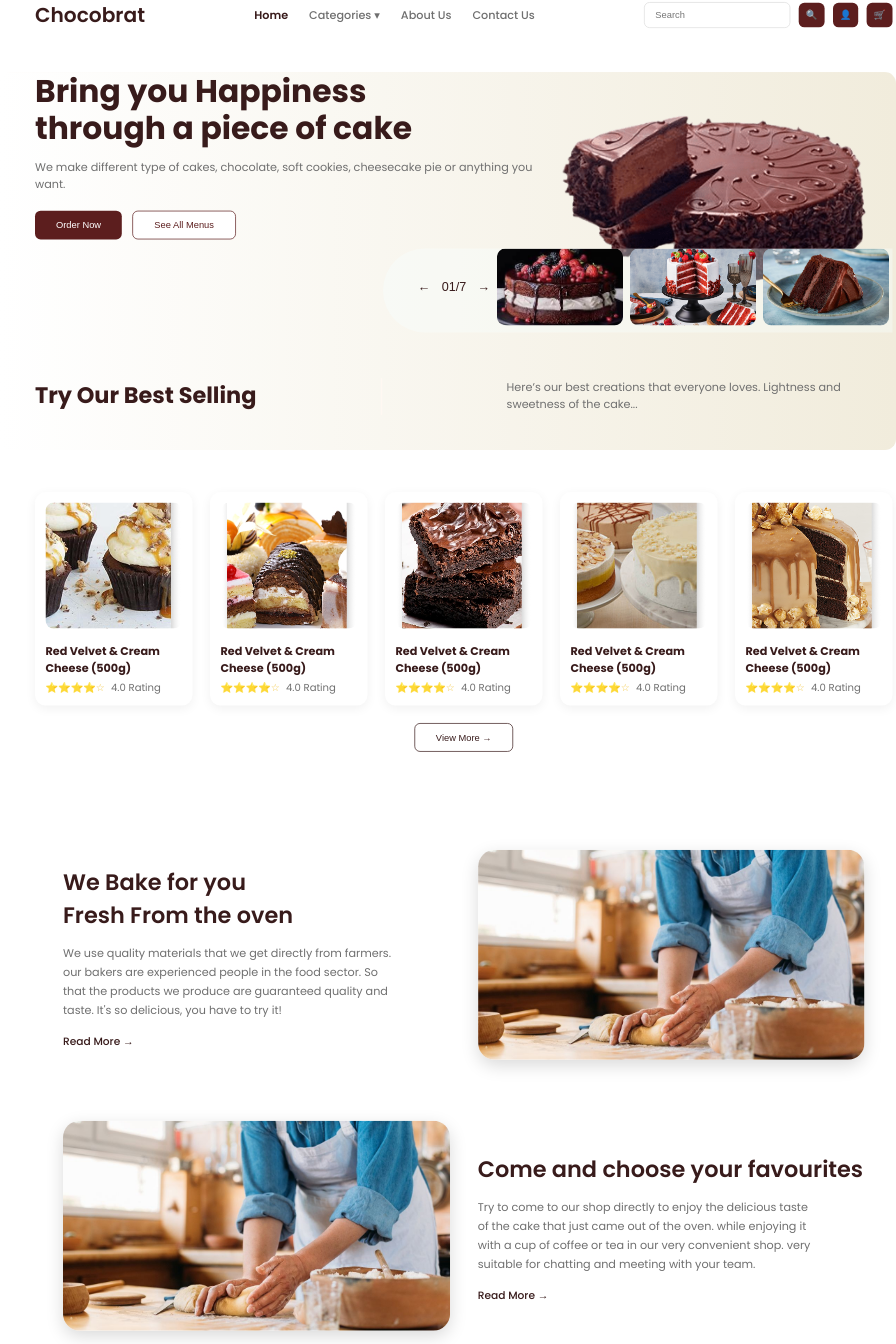
Repository: josegabrielzevallos/chocobrat-bakery-website
Page: index.html
These files come from the project's save history. The page is drawn as it stood at one moment and after the next save; the edit follows.
The browser window is 1280 px wide. The pictures show the part of the page from y = 0 to 1920 px (the page is 3237 px tall before and 3087 px after), at 70% of full size.

Above is the page before, as saved 2025-11-20 18:10:10.

### index.html
<!DOCTYPE html>
<html lang="en">
<head>
    <meta charset="UTF-8" />
    <meta name="viewport" content="width=device-width, initial-scale=1.0" />
    <title>Chocobrat Bakery</title>

    <link href="https://fonts.googleapis.com/css2?family=Poppins:wght@300;400;500;600;700&family=Playfair+Display:wght@400;600;700;800;900&display=swap" rel="stylesheet">

    <link rel="stylesheet" href="styles.css" />
</head>
<body>

    <!-- NAVBAR -->
    <header>
        <nav class="navbar container">
            <h1 class="logo">Chocobrat</h1>

            <ul class="nav-links">
                <li><a class="active" href="#">Home</a></li>
                <li class="dropdown">
                    <a href="#">Categories ▾</a>
                </li>
                <li><a href="#">About Us</a></li>
                <li><a href="#">Contact Us</a></li>
            </ul>

            <div class="nav-actions">
                <input type="text" placeholder="Search" class="search-box" />
                <button class="icon-btn">🔍</button>
                 <button class="icon-btn">👤</button>
                <button class="icon-btn">🛒</button>

            </div>
        </nav>
    </header>

    <!-- HERO SECTION -->
    <section class="hero container">
        <div>
        <div class="hero-text">
            <div class="hero-img">
                <img src="./assets/images/b1-cake.png" alt="Cake">
            </div>
            <div class="carousel container">
                <div class="slider-controls">
                    <span class="arrow" id="prev">&larr;</span>
                    <span class="slide-text">01/7</span>
                    <span class="arrow" id="next">&rarr;</span>
                </div>
                <img src="assets/images/b2-cake.jpeg" class="thumb" />
                <img src="assets/images/b3-cake-red.png" class="thumb" />
                <img src="assets/images/b4-cake.jpg" class="thumb" />

            </div>
                <h2>Bring you Happiness <br> through a piece of cake</h2>
                <p>We make different type of cakes, chocolate, soft cookies, cheesecake pie or anything you want.</p>

                <div class="hero-buttons">
                    <button class="btn primary">Order Now</button>
                    <button class="btn secondary">See All Menus</button>
                </div>
            </div>


        </div>
        <div class="hero-ba" >
            <!-- CAROUSEL STATIC -->


            <div class="title-row">
                <h2>Try Our Best Selling</h2>
                <div class="divider"></div>
                <p>Here’s our best creations that everyone loves. Lightness and sweetness of the cake...</p>
            </div>
        </div>
    </section>



    <!-- BEST SELLING SECTION -->
    <section class="best-selling container">


        <div class="product-grid">

            <!-- CARD 1 -->
            <article class="card">
                <img src="assets/images/b5-cakes.png" alt="">
                <h3>Red Velvet & Cream Cheese (500g)</h3>
                <div class="rating">
                    ⭐⭐⭐⭐☆ <span>4.0 Rating</span>
                </div>
            </article>

            <!-- CARD 2 -->
            <article class="card">
                <img src="assets/images/b6-cakes.png" alt="">
                <h3>Red Velvet & Cream Cheese (500g)</h3>
                <div class="rating">
                    ⭐⭐⭐⭐☆ <span>4.0 Rating</span>
                </div>
            </article>

            <!-- CARD 3 -->
            <article class="card">
                <img src="assets/images/b7-cakes.png" alt="">
                <h3>Red Velvet & Cream Cheese (500g)</h3>
                <div class="rating">
                    ⭐⭐⭐⭐☆ <span>4.0 Rating</span>
                </div>
            </article>

            <!-- CARD 4 -->
            <article class="card">
                <img src="assets/images/b8-cakes.png" alt="">
                <h3>Red Velvet & Cream Cheese (500g)</h3>
                <div class="rating">
                    ⭐⭐⭐⭐☆ <span>4.0 Rating</span>
                </div>
            </article>
              <!-- CARD 5 -->
            <article class="card">
                <img src="assets/images/b9-cakes.png" alt="">
                <h3>Red Velvet & Cream Cheese (500g)</h3>
                <div class="rating">
                    ⭐⭐⭐⭐☆ <span>4.0 Rating</span>
                </div>
            </article>
        </div>

        <center>
            <button class="btn view-more">View More →</button>
        </center>
    </section>

        <!-- STORY / ABOUT BAKERY SECTION -->
    <section class="story container">
        <article class="story-card">

            <div class="story-text">
                <h2>We Bake for you<br>Fresh From the oven</h2>
                <p>
                    We use quality materials that we get directly from farmers.
                    <br>our bakers are experienced people in the food sector. So
                    <br>that the products we produce are guaranteed quality and
                    <br>taste. It's so delicious, you have to try it!
                </p>
                <a href="#" class="story-link">Read More →</a>
            </div>
            <div class="story-img">
                <img src="./assets/images/b9-women.jpeg" alt="Baker preparing pastry">
            </div>

        </article>


        <article class="story-card">

            <div class="story-img">
                <img src="./assets/images/b9-women.jpeg" alt="Baker rolling dough">
            </div>

            <div class="story-text">
                <h2>Come and choose your favourites</h2>
                <p>
                    Try to come to our shop directly to enjoy the delicious taste
                    <br>of the cake that just came out of the oven. while enjoying it
                    <br>with a cup of coffee or tea in our very convenient shop. very
                    <br>suitable for chatting and meeting with your team.
                </p>
                <a href="#" class="story-link">Read More →</a>
            </div>

        </article>

    </section>

    <!-- CAKE ORDER BANNER -->
    <section class="order-banner">
        <div class="order-banner-inner">
            <h2>For Cake Orders above 1 KG</h2>
            <p>
                Please visit our nearest store or call us on +91 00 00 00 00 00 (10 AM to 7 PM)
            <br>
                to place your orders.
            </p>
            <button class="btn primary order-btn">Contact Us Now</button>
        </div>
    </section>

    <!-- QUOTES SECTION -->
    <section class="quotes-section">
        <div class="container quotes-inner">
            <span class="quotes-label">QUOTES</span>

            <p class="quote-text">
                the eggless cakes here are really good. Had ordered a kit kat cake which was
                really good. Surely worth a try.
            </p>

            <div class="quote-author">
                <div class="quote-avatar">
                    <img src="./assets/images/b10-man.jpeg" alt="Darren Dunlap">
                </div>
                <h3>Darren Dunlap</h3>
                <p class="quote-role">CEO &amp; Founder at Flex.co</p>

                <div class="quote-dots">
                    <span class="quote-dot"></span>
                    <span class="quote-dot active"></span>
                    <span class="quote-dot"></span>
                </div>
            </div>
        </div>
    </section>

    <!-- FOOTER -->
    <footer class="site-footer">
        <div class="footer-top container">
            <div class="footer-logo">Chocobrat</div>

            <ul class="footer-nav">
                <li><a href="#">Home</a></li>
                <li><a href="#">Categories</a></li>
                <li><a href="#">About Us</a></li>
                <li><a href="#">Contact Us</a></li>
                <li><a href="#">Careers</a></li>
                <li><a href="#">Help</a></li>
                <li><a href="#">Privacy</a></li>
            </ul>
        </div>

        <hr class="footer-divider">

        <div class="footer-bottom container">
            <p class="footer-copy">© 2021 Chocobrat. All rights reserved.</p>

            <div class="footer-social">
                <a href="#"><img src="./assets/icons/ic-facebook.png"  alt="Facebook"></a>
                <a href="#"><img src="./assets/icons/ic-twitter.png"   alt="Twitter"></a>
                <a href="#"><img src="./assets/icons/ic-instagram.png" alt="Instagram"></a>
                <a href="#"><img src="./assets/icons/ic-github.png"    alt="GitHub"></a>
                <a href="#"><img src="./assets/icons/ic-linkedin.png"  alt="LinkedIn"></a>
            </div>
        </div>
    </footer>
</body>
</html>

### styles.css
/* ===== RESET ===== */
* {
    margin: 0;
    padding: 0;
    box-sizing: border-box;
}

body {
    font-family: "Poppins", sans-serif;
    background-color: #ffffff;
    background-color: #FFF;
    color: #381B1B;
}

.container {
    max-width: 1478px;
    /* margin: auto; */

    padding-bottom:20px ;
    padding-left: 50px;
    padding-right: 5px;
}

/* ===== NAVBAR ===== */
header {
    background: #FFF;
    padding: 0px 0;
}

.navbar {
    display: flex;
    align-items: center;
    justify-content: space-between;
}

.logo {
    font-size: 1.8rem;
    font-weight: 600;
}

.nav-links {
    display: flex;
    list-style: none;
    gap: 30px;
}

.nav-links a {
    text-decoration: none;
    color: #6F6F6F;
    font-weight: 500;
}

.nav-links .active {
    color: #381B1B;
    font-weight: 600;
}

.nav-actions {
    display: flex;
    align-items: center;
    gap: 12px;
}

.search-box {
    padding: 10px 15px;
    border-radius: 8px;
    border: 1px solid #ddd;
}

.icon-btn {
    background: #5C1E1E;
    color: #fff;
    padding: 10px;
    border-radius: 8px;
    border: none;
}

/* ===== HERO ===== */
.hero {
    /* display: flex; */
    display: block;
    align-items: center;
    justify-content: space-between;
    background: linear-gradient(to right, white, #f1ecdc);

    margin-top: 40px;
    background-color: #FFF8F2;
    border-radius: 16px;
}

.hero-text {
    max-width: 100%;
}
.hero-back{
    /* float: right; */
    margin-top: 200px;
    margin-right: 50px;
}

.hero-text h2 {
    font-size: 2.8rem;
    line-height: 1.2;
    margin-bottom: 15px;
}

.hero-text p {
    font-size: 1rem;
    color: #6F6F6F;
    margin-bottom: 25px;
}

.hero-buttons {
    display: flex;
    gap: 15px;
}

.btn {
    padding: 12px 30px;
    font-weight: 500;
    border-radius: 8px;
    border: none;
    cursor: pointer;
}

.primary {
    background: #5C1E1E;
    color: white;
}

.secondary {
    background: white;
    border: 1px solid #5C1E1E;
    color: #5C1E1E;
}

.hero-img img {
    width: 480px;
    border-radius: 12px;
    float: right;
}

/* ===== CAROUSEL ===== */
.carousel {
    margin-top: -125px;
    display: flex;
    gap: 10px;
    clear: both;
    overflow-x: hidden;
    padding-bottom: 10px;
    float:right;
    background: #f6ffff59;
    border-top-left-radius: 64px;
    border-bottom-left-radius: 64px;

}

.slider-controls {
      display: flex;
      align-items: center;
      gap: 16px;           /* espacio entre flecha y texto */
      font-family: Arial, sans-serif;
      font-size: 18px;
    }

.divider {
  width: 1.5px;
  height: 53px; /* Ajusta el largo de la línea */
  background-color: #000000; /* Color suave como en tu imagen */
    background-color: #FFF8F2;
    border-radius: 16px;
}

.thumb {
    width: 180px;
    height: 110px;
    border-radius: 12px;
    object-fit: cover;
}

/* ===== BEST SELLING ===== */
.best-selling {
    margin-top: 60px;
}

.title-row {
    display: flex;
    justify-content: space-between;
    margin-bottom: 30px;
    clear: both;
    padding-top: 60px;
}

.title-row h2 {
    font-size: 2rem;
    color: #381B1B;
}

.title-row p {
    max-width: 45%;
    color: #6F6F6F;
}

/* ===== PRODUCT GRID ===== */
.product-grid {
    display: grid;
    grid-template-columns: repeat(5, 1fr);
    gap: 25px;
    margin-top: 30px;
}

.card {
    background: #fff;
    padding: 15px;
    border-radius: 15px;
    box-shadow: 0 4px 15px rgba(0,0,0,0.06);
}

.card img {
    width: 100%;
    height: 180px;
    border-radius: 12px;
    object-fit: cover;
}

.card h3 {
    margin: 12px 0 5px;
    font-size: 1rem;
}

.rating {
    color: #F2C94C;
    font-size: 0.9rem;
}

.rating span {
    color: #6F6F6F;
    margin-left: 5px;
}

.view-more {
    margin-top: 25px;
    background: white;
    border: 1px solid #381B1B;
    color: #381B1B;
}

/* ===== STORY / ABOUT BAKERY SECTION ===== */
.story {
    margin-top: 80px;
    display: flex;
    flex-direction: column;
    gap: 6  0px;
}

.story-card {
    display: flex;
    align-items: center;
    justify-content: space-between;   /* nuevo */
    gap: 40px;
    padding: 40px;
}

.story-card-reverse {
    flex-direction: row-reverse;
}

.story-text {
    flex: 1;        /* 50% del espacio */
}

.story-text h3 {
    font-size: 1rem;
    font-weight: 500;
    color: #A35A4A;
    margin-bottom: 4px;
}

.story-text h2 {
    font-size: 2rem;
    font-weight: 600;
    margin-bottom: 16px;
    color: #381B1B;
}

.story-text p {
    color: #6F6F6F;
    line-height: 1.7;
    margin-bottom: 18px;
}

.story-link {
    text-decoration: none;
    font-weight: 500;
    color: #381B1B;
    font-size: 0.95rem;
}

.story-img {
    flex: 1;        /* 50% del espacio */
}

.story-img img {
    width: 100%;
    height: 100%;
    max-height: 300px;     /* evita que se extienda demasiado */
    object-fit: cover;
    border-radius: 24px;
    box-shadow: 0 8px 25px rgba(0, 0, 0, 0.15);
}

/* ===== ORDER BANNER ===== */
.order-banner {
    background-color: #FBE8C4;   /* banda beige */
    padding: 60px 20px;
    margin-top: 60px;
}

.order-banner-inner {
    max-width: 800px;
    margin: 0 auto;
    text-align: center;
}

.order-banner h2 {
    font-size: 2rem;
    font-weight: 600;
    color: #5C1E1E;             /* marrón del botón/nav */
    margin-bottom: 16px;
}

.order-banner p {
    color: #0f0101;
    line-height: 1.6;
    margin-bottom: 24px;
}

.order-btn {
    /* ya hereda .btn y .primary, solo ajustamos un poco el tamaño */
    padding: 10px 28px;
    border-radius: 8px;
}

/* ===== QUOTES / TESTIMONIAL SECTION ===== */
.quotes-section {
    position: relative;
    padding: 80px 20px 100px;
    background-color: #FFFFFF;

    /* cuadrícula punteada */
    background-image:
        repeating-linear-gradient(
            to right,
            rgba(0,0,0,0.08) 0px,
            rgba(0,0,0,0.08) 1px,
            transparent 1px,
            transparent 70px
        ),
        repeating-linear-gradient(
            to bottom,
            rgba(0,0,0,0.08) 0px,
            rgba(0,0,0,0.08) 1px,
            transparent 1px,
            transparent 70px
        );

    background-size: 19.5px 19.5px;
}

.quotes-inner {
    text-align: center;
}

.quotes-label {
    display: inline-block;
    padding: 6px 14px;
    font-size: 0.75rem;
    letter-spacing: 0.08em;
    text-transform: uppercase;
    border-radius: 999px;
    background-color: #FBE8C4;
    color: #5C1E1E;
    font-weight: 500;
}

/* COMILLAS GRANDES DE FONDO */
.quote-text {
    position: relative;
    max-width: 780px;
    margin: 30px auto 40px;
    font-size: 1.8rem;
    line-height: 1.5;
    font-weight: 600;
    color: #381B1B;
    z-index: 2;
}

.quote-text::before,
.quote-text::after {
    font-family: 'Playfair Display', serif;
    position: absolute;
    font-size: 150px;
    font-weight: 950;
    pointer-events: none;
    z-index: 0;

    /* degradado real */
    background: linear-gradient(
        to bottom,
        #e7cda4 0%,
        #eacfa3 45%,
        rgba(255,255,255,0.8) 80%,
        rgba(255,255,255,1) 100%
    );
    -webkit-background-clip: text;
    color: transparent;

    opacity: 0.9;  /* alta para que se note la panza blanca */
}


.quote-text::before {
    content: "“";
    left: -40px;
    top: -75px;
}

.quote-text::after {
    content: "”";
    right: -55px;
    bottom: -75px;
}


.quote-author {
    display: flex;
    flex-direction: column;
    align-items: center;
    gap: 6px;
}

.quote-avatar img {
    width: 80px;
    height: 80px;
    border-radius: 50%;
    object-fit: cover;
    /*box-shadow: 0 8px 25px rgba(0, 0, 0, 0.15);*/
}

.quote-author h3 {
    margin-top: 10px;
    font-size: 1rem;
    font-weight: 600;
    color: #381B1B;
}

.quote-role {
    font-size: 0.85rem;
    color: #6F6F6F;
}

/* tres puntitos inferiores */
.quote-dots {
    margin-top: 14px;
    display: flex;
    gap: 8px;
    justify-content: center;
}

.quote-dot {
    width: 8px;
    height: 8px;
    border-radius: 50%;
    background-color: #D8C1A0;
}

.quote-dot.active {
    width: 8px;
    height: 8px;
    background-color: #5C1E1E;
}

/* OVAL TRANSPARENTE EN EL CENTRO DE LA SECCION */
.quotes-section {
    position: relative;
    padding: 120px 0 140px;

    /* cuadrícula que ya tenés */
    background-color: #FFFFFF;
    background-image:
        repeating-linear-gradient(
            to right,
            rgba(0,0,0,0.08) 0px,
            rgba(0,0,0,0.08) 1px,
            transparent 1px,
            transparent 42px
        ),
        repeating-linear-gradient(
            to bottom,
            rgba(0,0,0,0.08) 0px,
            rgba(0,0,0,0.08) 1px,
            transparent 1px,
            transparent 42px
        );
    background-size: 42px 42px;
}

/* Circulo con interior transparente */
.quotes-section::before {
    content: "";
    position: absolute;
    inset: 0;

    background: white;

    /* zona central recortada (transparente) */
    mask-image: radial-gradient(
        ellipse 95% 85% at center,   /* ancho y alto equilibrados */
        transparent 62%,             /* zona visible moderada */
        black 63%
    );

    -webkit-mask-image: radial-gradient(
        ellipse 65% 65% at center,
        transparent 62%,
        black 63%
    );

    pointer-events: none;
    z-index: 2; /* Cubre todo excepto el centro */
}

/* El contenido debe quedar encima del recorte */
.quotes-inner {
    position: relative;
    z-index: 3;
}


/* ===== FOOTER ===== */
.site-footer {
    background-color: #FBE8C4;
    font-family: "Poppins", sans-serif; /* misma fuente de la maqueta */
    color: #5C1E1E;
    margin-top: 60px;
    padding: 24px 0 40px;
    font-size: 0.85rem;
}

.footer-top {
    display: flex;
    align-items: center;
    justify-content: space-between;
    padding-bottom: 12px;
}

.footer-logo {
    font-size: 1.25rem;
    font-weight: 600;
    letter-spacing: 0.12em;   /* efecto similar al de la imagen */
}

.footer-nav {
    list-style: none;
    display: flex;
    gap: 32px;
}

.footer-nav a {
    text-decoration: none;
    color: #5C1E1E;
    font-weight: 500;
    font-size: 0.9rem;
}

.footer-nav a:hover {
    opacity: 0.8;
}

.footer-divider {
    border: 0;
    border-top: 1px solid rgba(0,0,0,0.06);
    margin: 0;
}

.footer-bottom {
    display: flex;
    align-items: center;
    justify-content: space-between;
    padding-top: 16px;
}

.footer-copy {
    color: #5C1E1E;
}

.footer-social {
    display: flex;
    align-items: center;
    gap: 18px;
}

.footer-social img {
    width: 18px;
    height: 18px;
    display: block;
}

/* Footer responsive */
@media (max-width: 768px) {
    .footer-top,
    .footer-bottom {
        flex-direction: column;
        gap: 12px;
        text-align: center;
    }

    .footer-nav {
        flex-wrap: wrap;
        justify-content: center;
    }
}

After the next save:
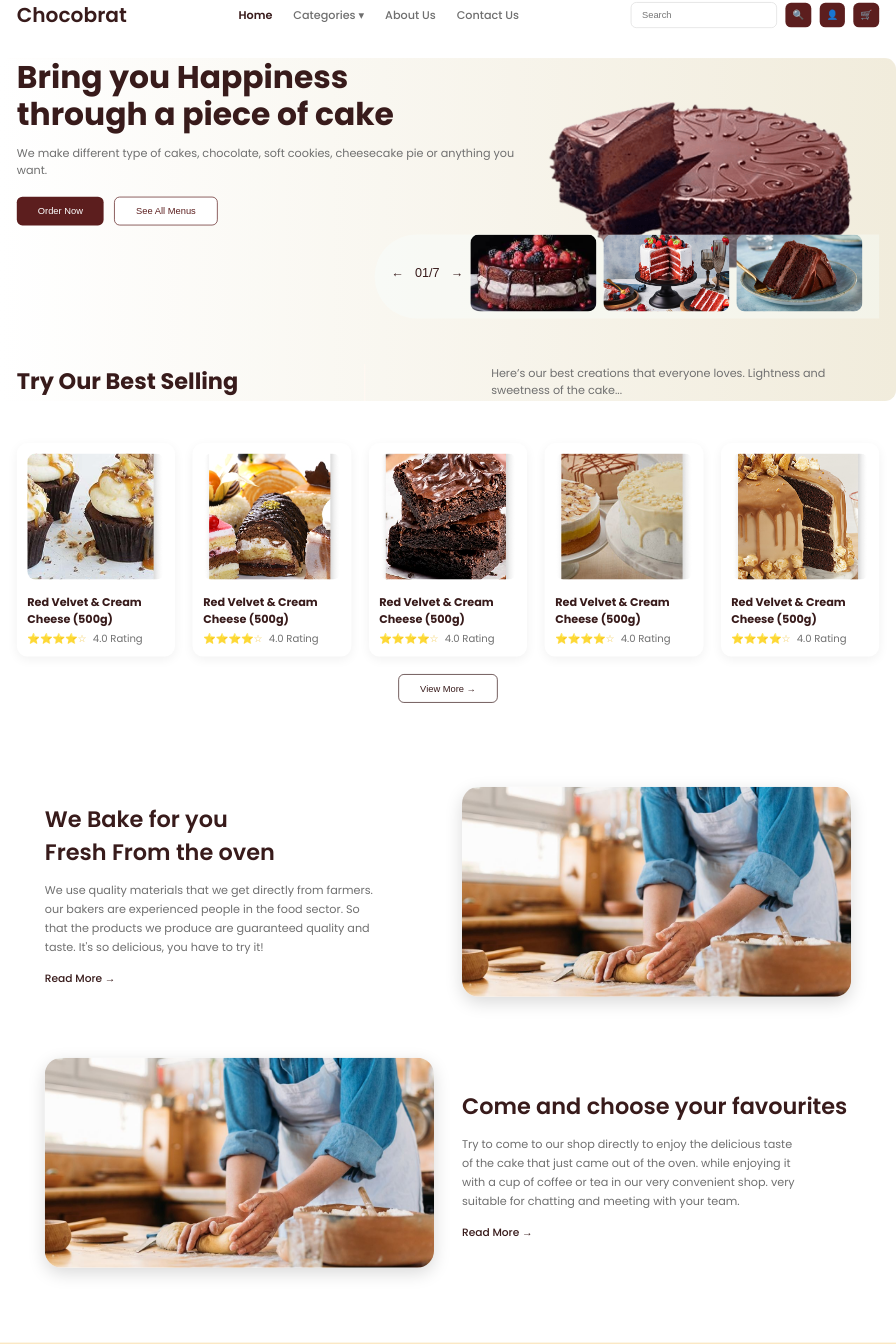
Saved 5 min 20 s later.
--- a/styles.css
+++ b/styles.css
@@ -14,12 +14,10 @@ body {
 
 .container {
     max-width: 1478px;
-    /* margin: auto; */
-
-    padding-bottom:20px ;
-    padding-left: 50px;
-    padding-right: 5px;
-}
+    margin: 0 auto;        /* centra TODAS las secciones */
+    padding: 0 24px;        /* padding uniforme sin empujar a la izquierda */
+}
+
 
 /* ===== NAVBAR ===== */
 header {
